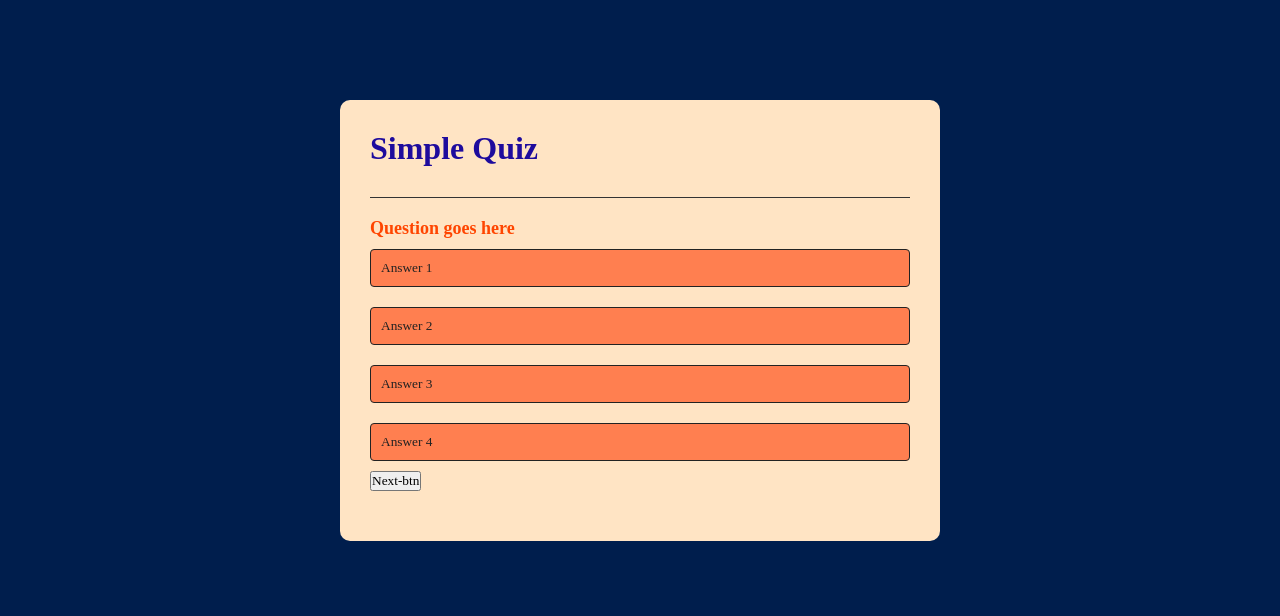
Repository: supriya123yadav/Quiz-project
Page: index.html
These files come from the project's save history. The page is drawn as it stood at one moment and after the next save; the edit follows.
The browser window is 1280 px wide. The pictures show the whole page.

Above is the page before, as saved 2024-07-07 16:12:57.

After the next save:
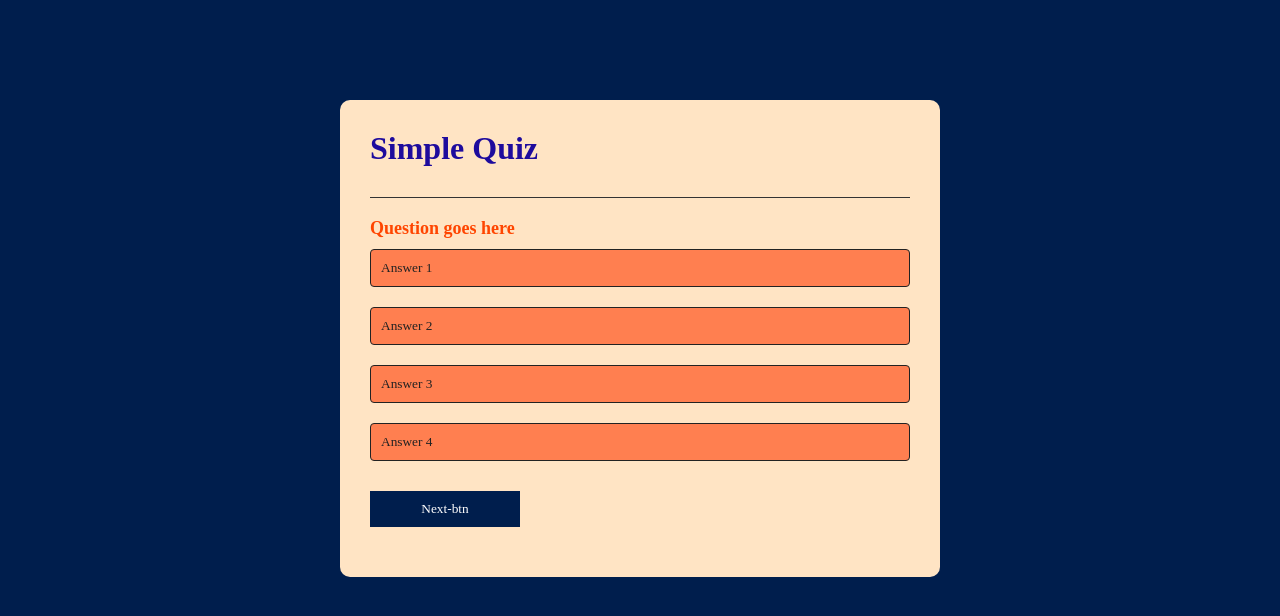
Saved 59 s later.
--- a/style.css
+++ b/style.css
@@ -50,7 +50,7 @@ body{
     background: rgb(140, 42, 42);
     color: white;
 }
-#Next-btn{
+#next-btn{
     background: #001e4d;
     color: #fff;
     font-weight: 500;
